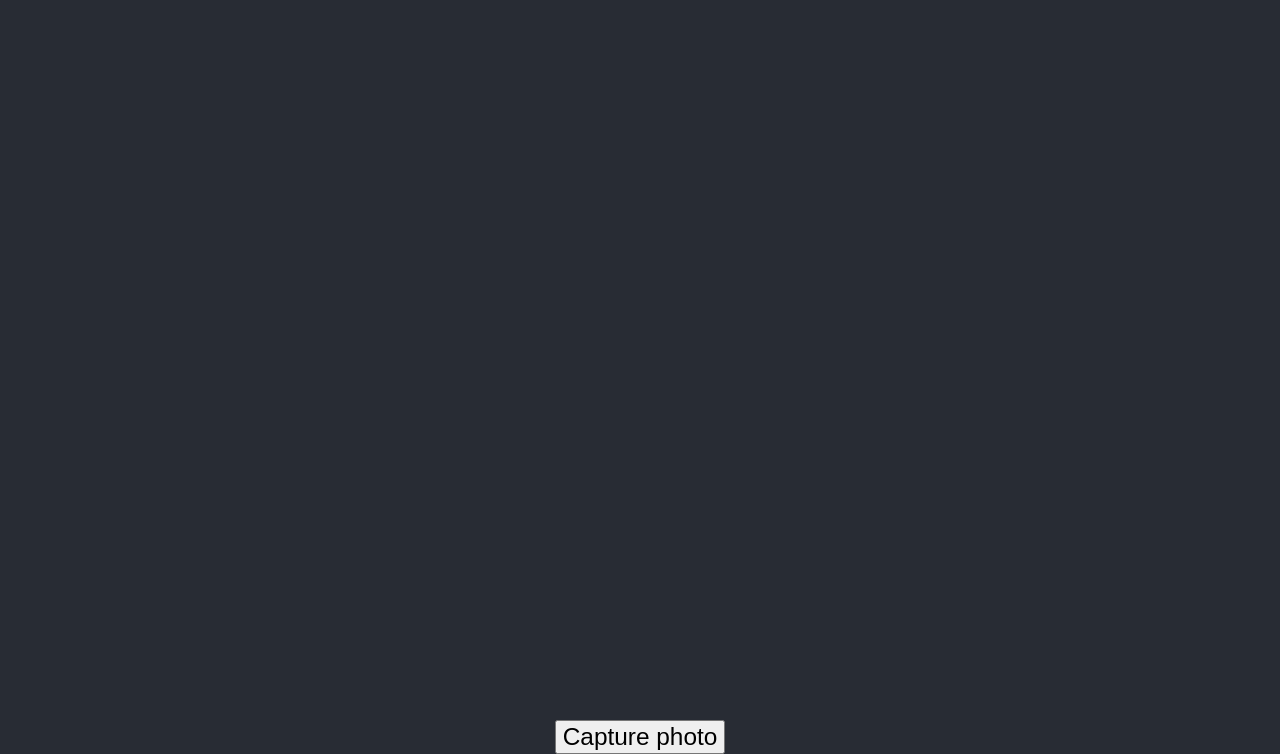
Repository: dracero/blazefacedetection
Page: /
An editor plug-in stored every save of this project. The page is shown before and after the next save, followed by the edit.
The browser window is 1280 px wide. The pictures show the whole page.
The page's requests for data from a server got no answer. The project was rebuilt for these pictures with package versions that can differ from the ones it lists, and the page was loaded fresh each time. No one was signed in, and anything a server would have sent is missing. Also part of the build but not shown: vite.config.js.

Above is the page before, as saved 2022-05-23 15:22:24.

After the next save:
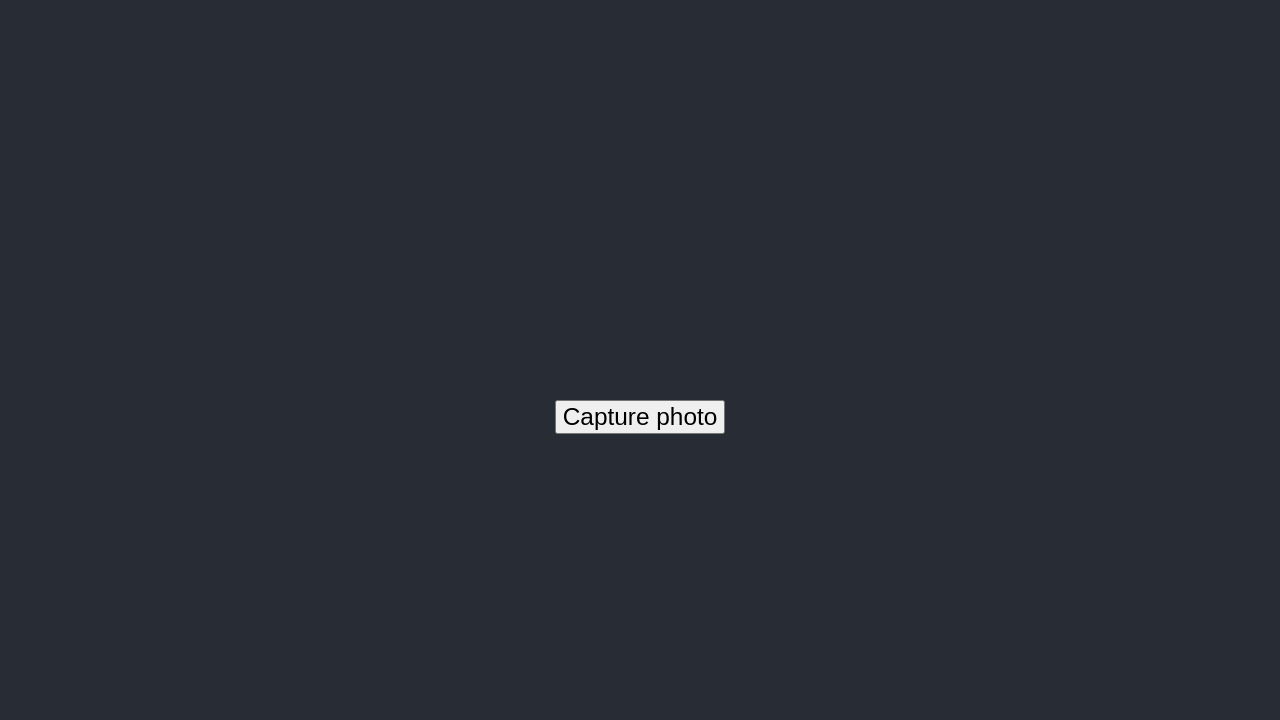
Saved 89 s later.
--- a/src/App.jsx
+++ b/src/App.jsx
@@ -15,9 +15,9 @@
   const WebcamCapture = () => (
     <Webcam
       audio={false}
-      height={720}
+      height={113}
       screenshotFormat="image/jpeg"
-      width={1280}
+      width={200}
       videoConstraints={videoConstraints}
     >
       {({ getScreenshot }) => (
